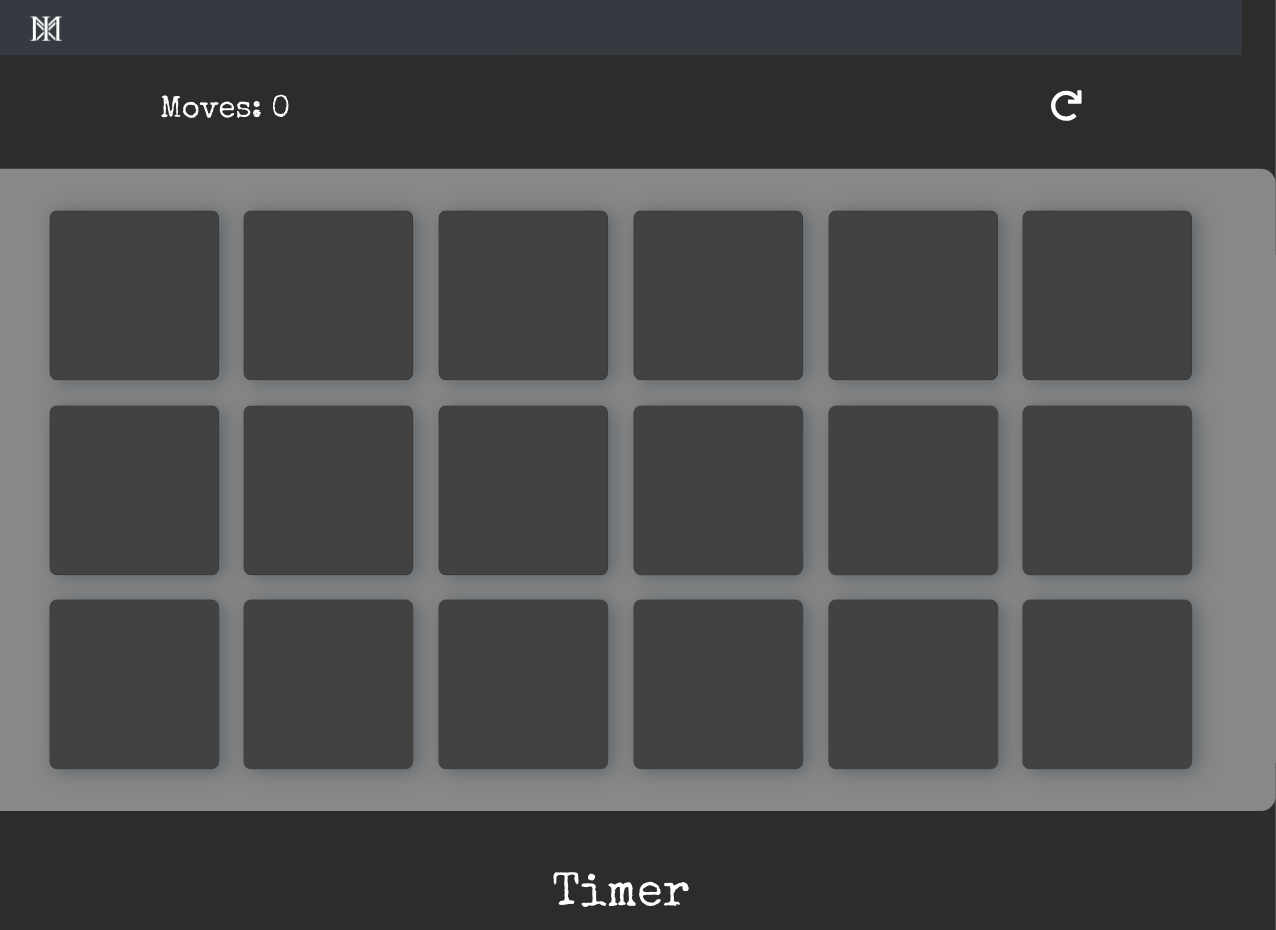
Repository: Code-Institute-Submissions/Milestone-25
Page: game.html
The author's editor kept a record of every edit. The page is drawn from the files as they stood at one moment, then again after the next edit.
The browser window is 1280 px wide. The page is 1315 px wide, so the pictures cover 1315 px, including what lies to the right of the window. The pictures show the whole page, at 97% of full size.
Some web libraries are served in a nearby version.

Above is the page before.

After the next edit:
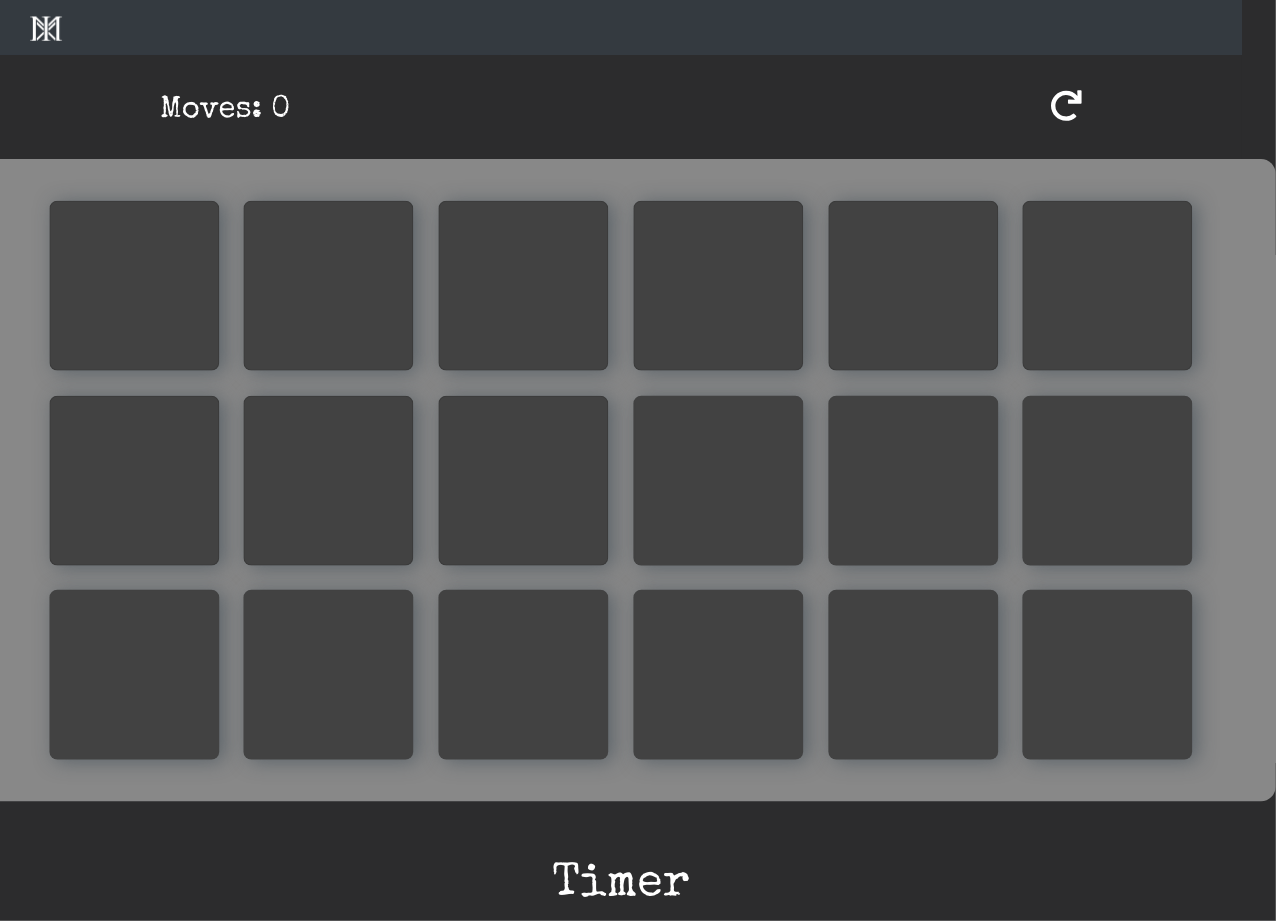
The edit:
--- a/assets/css/style.css
+++ b/assets/css/style.css
@@ -88,7 +88,7 @@
 .requirements {
   text-align: left;
   margin-top: 35px;
-  margin-bottom: 35px;
+  margin-bottom: 25px;
   width: 950px;
   font-size: 200%;
 
